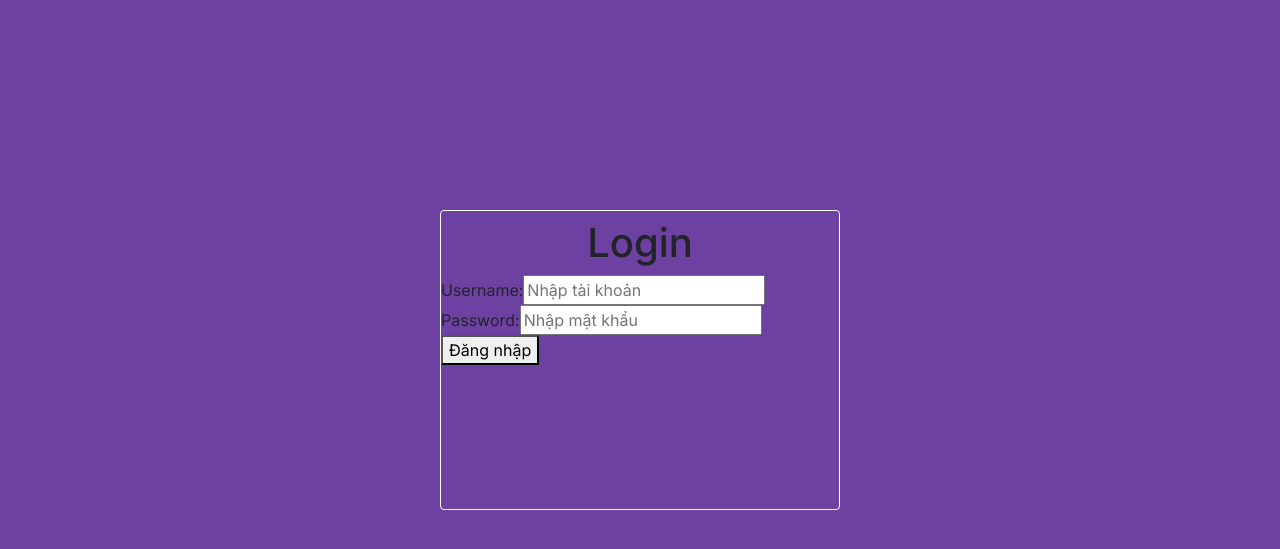
Repository: nghiakma/RFID-RFID-Attendance-System-using-ESP32-Nodejs-Reactjs-Nextjs-
Page: / (app in attendance/)
An editor plug-in stored every save of this project. The page is shown before and after the next save, followed by the edit.
The browser window is 1280 px wide. The pictures show the whole page.
The page's requests for data from a server got no answer. The project was rebuilt for these pictures with package versions that can differ from the ones it lists, and the page was loaded fresh each time. The framework's server and built-in components were replaced by stand-ins that run in the browser. No one was signed in, and anything a server would have sent is missing. Also part of the build but not shown: attendance/next.config.js, attendance/src/styles/home-page.module.css, attendance/src/styles/tab-home.module.css, attendance/src/pages/api/convert-time.js, attendance/src/pages/api/networking.js, attendance/src/pages/tab-home.js, attendance/src/styles/tab-history.module.css, attendance/src/pages/tab-history.js and 6 more.

Above is the page before, as saved 2023-12-21 14:54:03.

### attendance/src/pages/index.js
import {useEffect, useState} from 'react';
import { Inter } from 'next/font/google';
import 'bootstrap/dist/css/bootstrap.min.css';
import HomePage from './home-page.js';
import Login from './login-page.js'
import { BrowserRouter as Router,Routes, Route } from 'react-router-dom'
const inter = Inter({ subsets: ['latin'] })

export default function Home() {
  const [loginSuccess, setLoginSucsess] = useState(false);
  const handleLogin = (isSuccess) => {
    setLoginSucsess(isSuccess);
  }
  useEffect(() => {
    import('bootstrap/dist/js/bootstrap.min.js');
  }, []);
  return (
    <main className={inter.className}>
      {/* <Router>
        <Routes>
          <Route path='/home' element={<HomePage />}/>
          <Route path='/login' element={<Login />}/>
        </Routes>
      </Router> */}
      {
        loginSuccess ? <HomePage/> : <Login/>
      }
    </main>
  )
}

### attendance/src/pages/login-page.js
import React from "react";
import styles from '../styles/login-page.module.css'
import { FontAwesomeIcon } from '@fortawesome/react-fontawesome'
const Login = () => {

    return (
        <div
            style={{
                backgroundColor: '#6d41a1', height: '100vh'
            }}
        >
            <div style={{
                width: '100%', height: '100%',
                display: 'flex', alignItems: 'center', justifyContent: 'center'
            }}>
                <div style={{
                    width: '400px', height: '300px', border: '1px solid white',
                    padđing: '8px 14px', borderRadius: '4px', boxSizing: 'border-box'
                }}>
                    <h1
                        style={{
                            textAlign: 'center', margin: '8px 0'
                        }}
                    >Login</h1>
                    <div className="login-handle">
                        <div className="login-form">
                            <label>Username: </label>
                            <input type="email" className="form-input" placeholder="Nhập tài khoản"/>
                        </div>
                        <div className="login-form">
                            <label>Password: </label>
                            <input type="password" className="form-input" placeholder="Nhập mật khẩu"/>
                        </div>
                        <div className="login-button">
                            <button className="login-btn">Đăng nhập</button>
                        </div>
                    </div>
                </div>
            </div>
        </div>
    )
}

export default Login

After the next save:
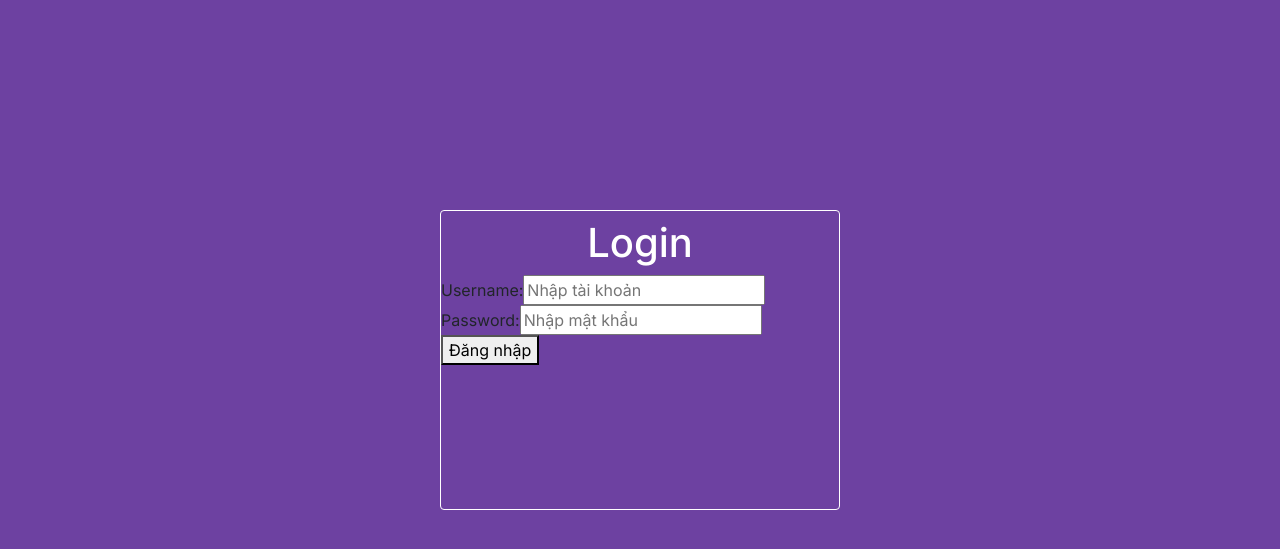
Saved 22 s later.
--- a/attendance/src/pages/login-page.js
+++ b/attendance/src/pages/login-page.js
@@ -19,7 +19,7 @@ const Login = () => {
                 }}>
                     <h1
                         style={{
-                            textAlign: 'center', margin: '8px 0'
+                            textAlign: 'center', margin: '8px 0', color: 'white'
                         }}
                     >Login</h1>
                     <div className="login-handle">
